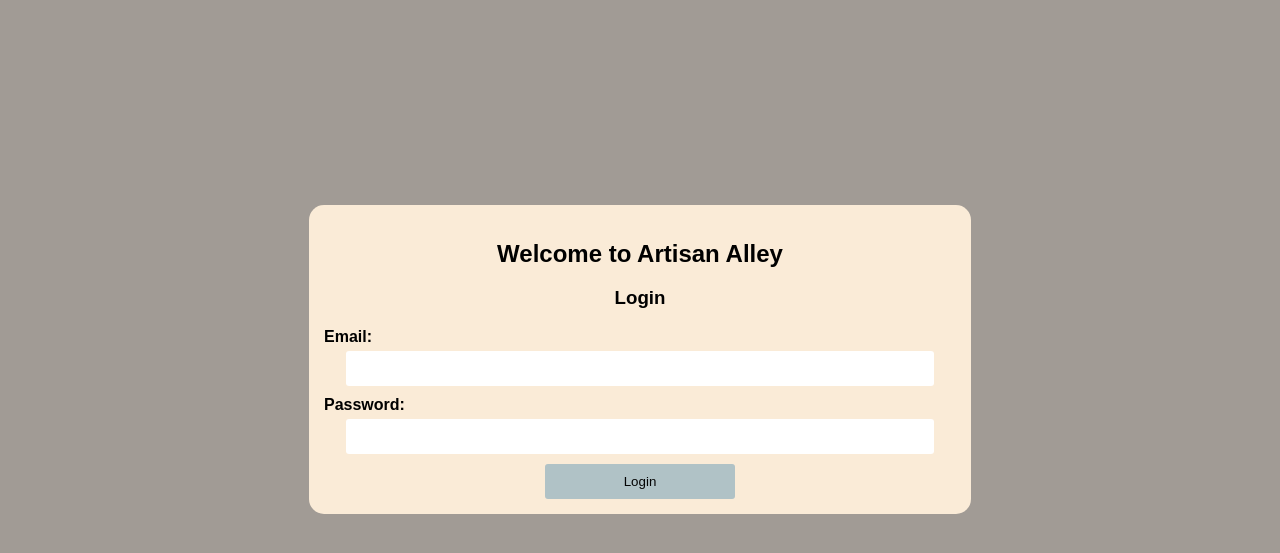
Repository: RingkhangBTY/Bytehacks_Hackathon_Project
Page: login.html
These files come from the project's save history. The page is drawn as it stood at one moment and after the next save; the edit follows.
The browser window is 1280 px wide. The pictures show the whole page.

Above is the page before, as saved 2024-11-27 11:01:04.

### login.html
<!DOCTYPE html>
<html lang="en">
<head>
    <meta charset="UTF-8">
    <meta name="viewport" content="width=device-width, initial-scale=1.0">
    <title>Login page</title>
    <link rel="stylesheet" href="login-style.css">
</head>
<body>
    <header>

    </header>
    <div class="login-container">
        <h2>Welcome to Artisan Alley</h2>
        <form id="Login from">
            <h3>Login</h3>
            <label for="email">Email:</label>
            <input type="email" id="email" name="Email" required>

            <label for="password">Password:</label>
            <input type="password" id="password" name="Password" required>

            <button type="submit">Login</button>
        </form>
    </div>
</body>
</html>

### login/login-style.css
body{
    font-family: Arial, Helvetica, sans-serif;
    background-color: rgb(161, 155, 149);
    display: flex;
    justify-content: center;
    align-items: center;
    height: auto;
    margin-top: 15px;
}
.login-container{
    background-color: antiquewhite;
    border-radius: 15px;
    padding: 15px;
    width: 50%;
    text-align: center;
    margin-top: 15%;
}
login-container h2{
    font-size: 1.4rem;
}
.h3{
    font-size: medium;
    margin-bottom: 20px;
}
label{
    display: block;
    text-align: left;
    margin-bottom: 5px;
    font-weight: bold;
}

input{
    width: 90%;
    padding: 10px;
    margin-bottom: 10px;
    border: 1px snow;
    border-radius: 3px;
}

button{
    width: 30%;
    padding: 10px;
    background-color: rgb(176, 194, 198);
    color: rgb(4, 4, 4);
    border: none;
    border-radius: 3px;
    cursor: pointer;
}

.login-container:hover{
    transform: translateY(-5px);
    box-shadow: 0 7px rgba(0,0, 0, 0.2);
}

After the next save:
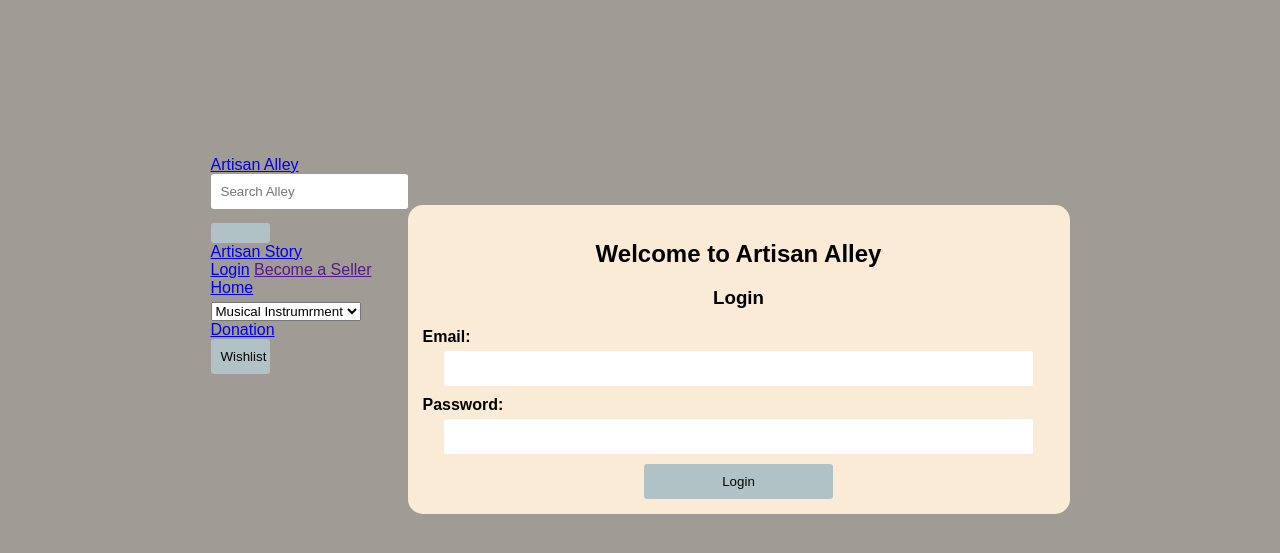
Saved 17 s later.
--- a/login.html
+++ b/login.html
@@ -8,7 +8,63 @@
 </head>
 <body>
     <header>
+        <div class="split-div">
+            <div class="half half-top">
+              <a href="index.html" class="logo">Artisan Alley</a>
 
+              <div class="searchdiv">
+                <input
+                  type="text"
+                  placeholder="Search Alley"
+                  class="searchbar"
+                  id=""
+                />
+
+                <div class="search-icon">
+                  <button class="alley-search">
+                    <i class="fa-solid fa-magnifying-glass"></i>
+                  </button>
+                </div>
+              </div>
+
+              <div class="artisan-story">
+                <a href="artisan-story.html" class="story" id="">Artisan Story</a>
+              </div>
+
+              <div class="login-and-seller">
+                <a href="login/login.html" class="account-login login" id="">Login</a>
+                <a href="" class="seller-login login" id="">Become a Seller</a>
+              </div>
+            </div>
+
+            <div class="half half-bottom">
+              <div class="home-and-categories nav2">
+                <a href="index.html" class="home">Home</a>
+
+                <label for="categories"></label>
+                <select id="categories" class="categories">
+                  <option value="" disabled selected>Categories</option>
+                  <option value="" selected>Painting</option>
+                  <option value="" selected>Sculpture</option>
+                  <option value="" selected>Drawing</option>
+                  <option value="" selected>Handcraft</option>
+                  <option value="" selected>Musical Instrumrment</option>
+                </select>
+              </div>
+
+              <div class="donation-container nav2">
+                <a class="donation" href="donation.html">Donation</a>
+              </div>
+
+              <div class="cart-wishlist nav2">
+                <a href="index.html" class="cart" id=""
+                  ><i class="fa-solid fa-cart-shopping"></i
+                ></a>
+
+                <button class="wishlist" id="">Wishlist</button>
+              </div>
+            </div>
+          </div>
     </header>
     <div class="login-container">
         <h2>Welcome to Artisan Alley</h2>
